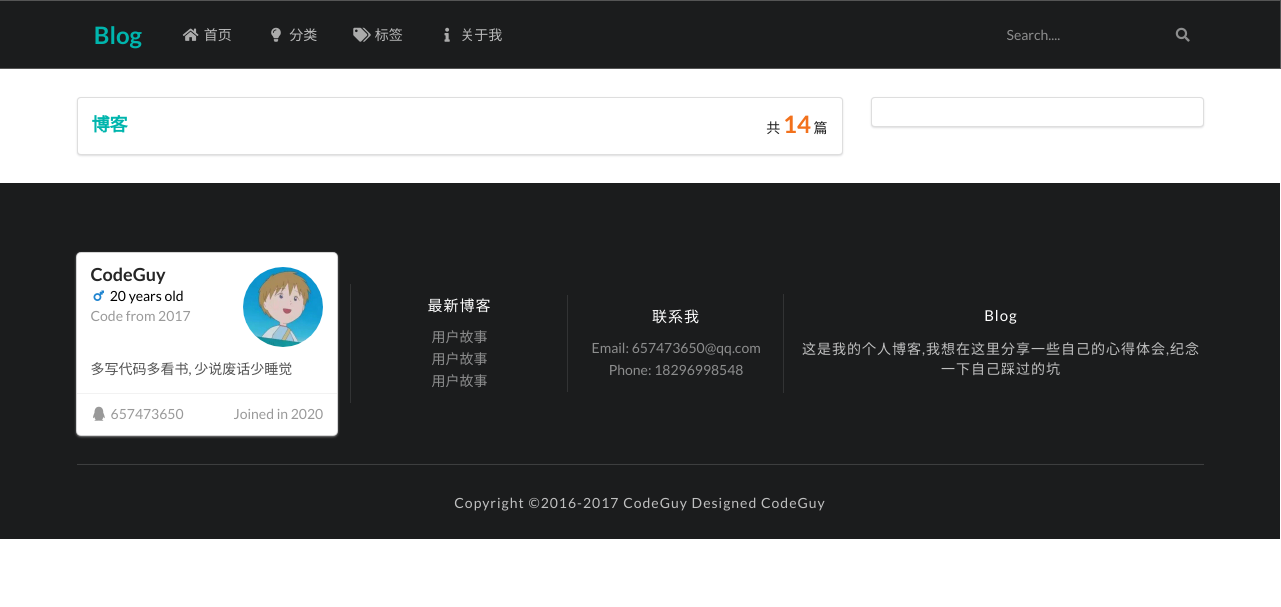
Repository: GOGOHQ/myblog
Page: index.html
An editor plug-in stored every save of this project. The page is shown before and after the next save, followed by the edit.
The browser window is 1280 px wide. The page is 1281 px wide, so the pictures cover 1281 px, including what lies to the right of the window. The pictures show the whole page.
Some web libraries are served in a nearby version.

Above is the page before, as saved 2020-01-16 19:07:45.

After the next save:
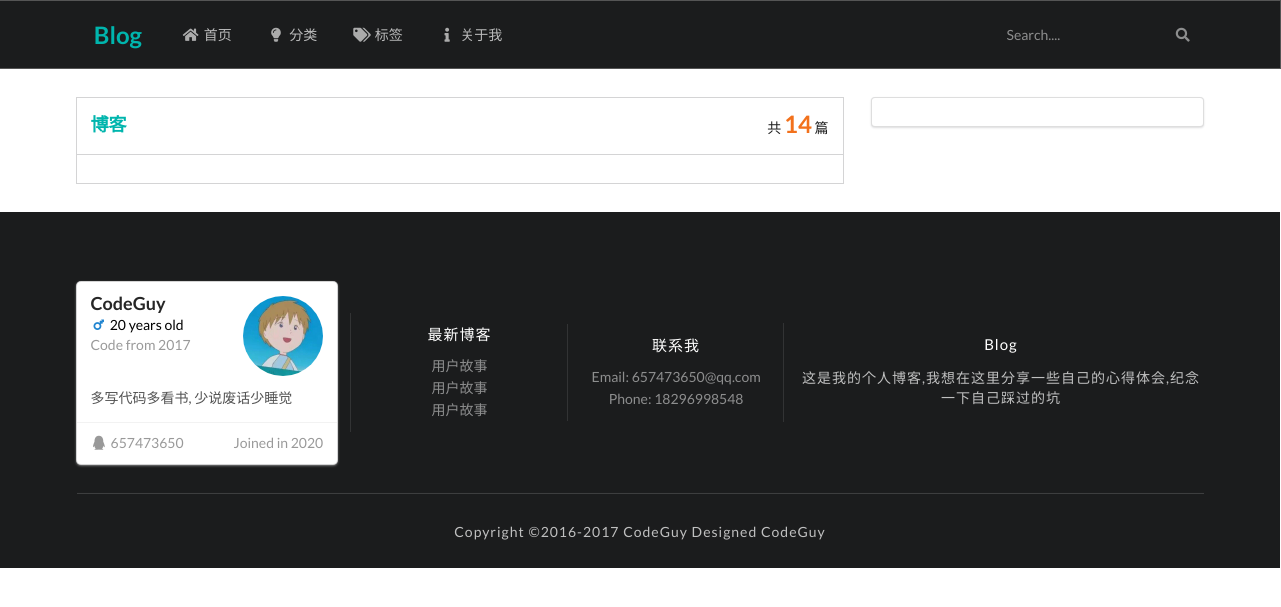
Saved 45 s later.
--- a/index.html
+++ b/index.html
@@ -35,7 +35,7 @@
     <div class="ui container">
         <div class="ui grid">
             <div class="eleven wide column">
-                <div class="ui segment">
+                <div class="ui segment attached">
                     <div class="ui middle aligned two column grid">
                         <div class="column">
                             <h3 class="ui teal header">博客</h3>
@@ -46,6 +46,7 @@
                         </div>
                     </div>
                 </div>
+                <div class="ui segment attached"></div>
             </div>
             <div class="five wide column">
                 <div class="ui segment"></div>
